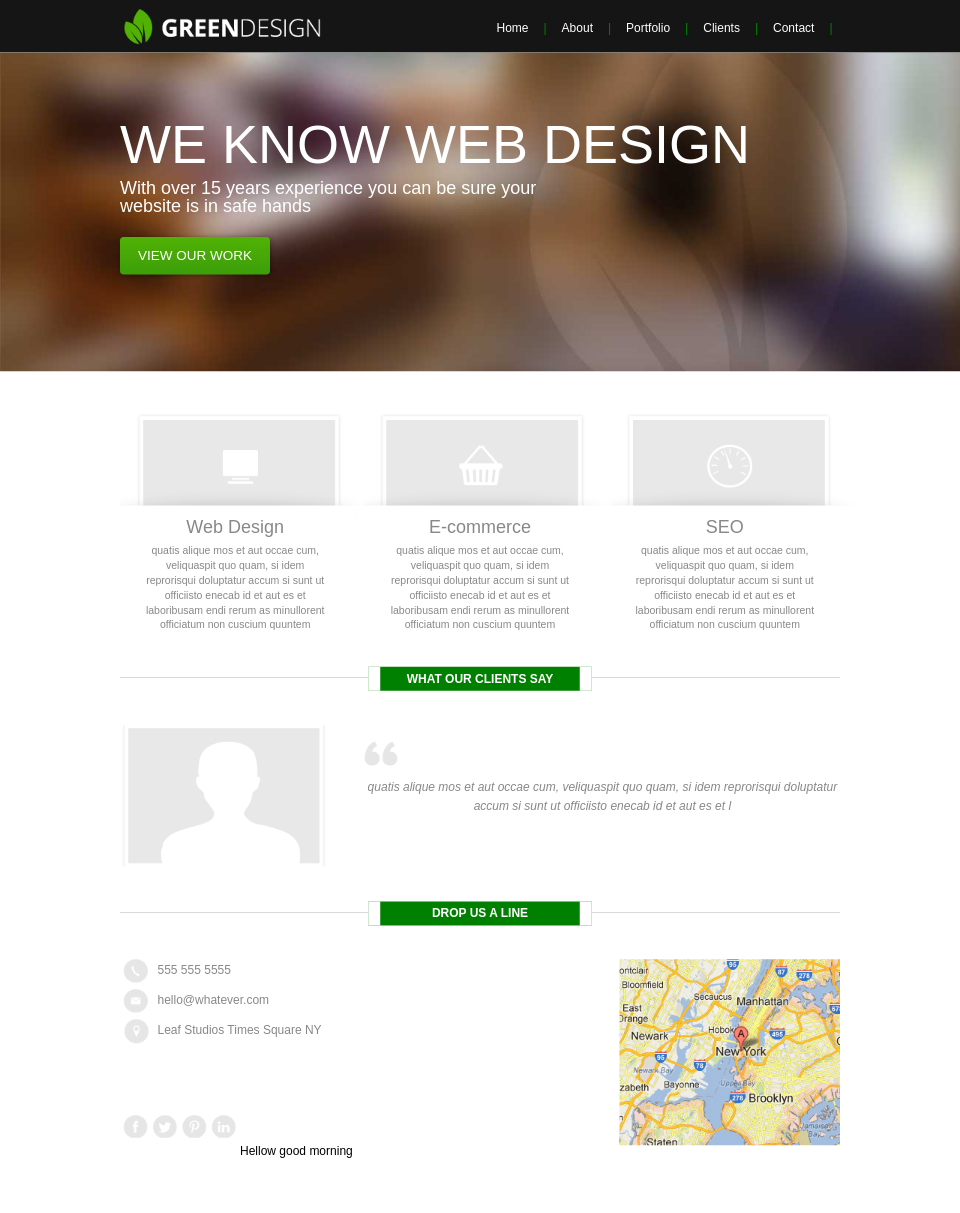
Repository: prathmeshgodbole/Javascript
Page: Basics/Jquery/index.html
These files come from the project's save history. The page is drawn as it stood at one moment and after a run of saves; the edit follows.
The browser window is 1280 px wide. The pictures show the whole page, at 75% of full size.

Above is the page before, as saved 2020-08-07 15:44:53.

### Basics/Jquery/index.html
<!DOCTYPE html>
<html>

<head>
    <title>Green Design</title>
    <link href="style.css" rel="stylesheet" type="text/css">
</head>

<body>

    <header>
        <div class="wrapper">
            <h1 id="logo">Green Design</h1>
            <nav>
                <h2>Main Navigation</h2>
                <ul>
                    <li><a href="">Home</a><span>|</span></li>
                    <li><a href="">About</a><span>|</span></li>
                    <li><a href="">Portfolio</a><span>|</span></li>
                    <li><a href="">Clients</a><span>|</span></li>
                    <li><a href="">Contact</a><span>|</span></li>
                </ul>
            </nav>
        </div>
    </header>

    <div id="lead-banner">
        <img src="images/banner.jpg" alt="lead banner">
        <div class="banner-overlay">
            <div class="wrapper">
                <div class="banner-title">We Know Web Design</div>
                <p>With over 15 years experience you can be sure your website is in safe hands</p>
                <a href="">View Our Work</a>
            </div>
        </div>
    </div>

    <div id="main-content">

        <div class="wrapper">
            <section id="points-of-sale">
                <h2>Points of Sale</h2>
                <ul>
                    <li>
                        <img src="images/cs-1.png" alt="web design">
                        <h3>Web Design</h3>
                        <p>quatis alique mos et aut occae cum, veliquaspit quo quam, si idem reprorisqui doluptatur accum si sunt ut officiisto enecab id et aut es et laboribusam endi rerum as minullorent officiatum non cuscium quuntem</p>
                    </li>
                    <li>
                        <img src="images/cs-2.png" alt="e-commerce">
                        <h3>E-commerce</h3>
                        <p>quatis alique mos et aut occae cum, veliquaspit quo quam, si idem reprorisqui doluptatur accum si sunt ut officiisto enecab id et aut es et laboribusam endi rerum as minullorent officiatum non cuscium quuntem</p>
                    </li>
                    <li>
                        <img src="images/cs-3.png" alt="seo">
                        <h3>SEO</h3>
                        <p>quatis alique mos et aut occae cum, veliquaspit quo quam, si idem reprorisqui doluptatur accum si sunt ut officiisto enecab id et aut es et laboribusam endi rerum as minullorent officiatum non cuscium quuntem</p>
                    </li>
                </ul>
            </section>

            <section id="clients">
                <h2>What Our Clients Say</h2>
                <img src="images/head.png" alt="quote">
                <blockquote>quatis alique mos et aut occae cum, veliquaspit quo quam, si idem reprorisqui doluptatur accum si sunt ut officiisto enecab id et aut es et l</blockquote>
            </section>

            <section id="contact">
                <h2>Drop Us A Line</h2>
                <ul id="contact-methods">
                    <li>555 555 5555</li>
                    <li>hello@whatever.com</li>
                    <li>
                        <span>Leaf Studios</span>
                        <span>Times Square</span>
                        <span>NY</span>
                    </li>
                </ul>

                <img src="images/map.png" alt="map">

                <ul id="social-nav">
                    <li class="facebook"><a href="">Facebook</a></li>
                    <li class="twitter"><a href="">Twitter</a></li>
                    <li class="pinterest"><a href="">Pinterest</a></li>
                    <li class="linked-in"><a href="">Linked In</a></li>
                </ul>

            </section>
        </div>

    </div>
    <script src="scripts/jquery-3.5.1.js"></script>
    <!-- <script src="scripts/selector.js"></script> -->
    <!-- <script src="scripts/filter.js"></script> -->
    <!-- <script src="scripts/Travers_DOM.js"></script> -->
    <script src="scripts/adding-content.js"></script>
</body>

</html>

### Basics/Jquery/style.css
html,
body,
div,
span,
object,
iframe,
h1,
h2,
h3,
h4,
h5,
h6,
p,
blockquote,
pre,
abbr,
address,
cite,
code,
del,
dfn,
em,
img,
ins,
kbd,
q,
samp,
small,
strong,
sub,
sup,
var,
b,
i,
dl,
dt,
dd,
ol,
ul,
li,
fieldset,
form,
label,
legend,
table,
caption,
tbody,
tfoot,
thead,
tr,
th,
td,
article,
aside,
canvas,
details,
figcaption,
figure,
footer,
header,
hgroup,
menu,
nav,
section,
summary,
time,
mark,
audio,
video {
    margin: 0;
    padding: 0;
    border: 0;
    outline: 0;
    font-size: 100%;
    vertical-align: baseline;
    background: transparent;
    font-family: arial;
}

body {
    line-height: 1;
}

article,
aside,
details,
figcaption,
figure,
footer,
header,
hgroup,
menu,
nav,
section {
    display: block;
}

nav ul {
    list-style: none;
}

blockquote,
q {
    quotes: none;
}

blockquote:before,
blockquote:after,
q:before,
q:after {
    content: '';
    content: none;
}

a {
    margin: 0;
    padding: 0;
    font-size: 100%;
    vertical-align: baseline;
    background: transparent;
}


/* change colours to suit your needs */

ins {
    background-color: #ff9;
    color: #000;
    text-decoration: none;
}


/* change colours to suit your needs */

mark {
    background-color: #ff9;
    color: #000;
    font-style: italic;
    font-weight: bold;
}

del {
    text-decoration: line-through;
}

abbr[title],
dfn[title] {
    border-bottom: 1px dotted;
    cursor: help;
}

table {
    border-collapse: collapse;
    border-spacing: 0;
}


/* change border colour to suit your needs */

hr {
    display: block;
    height: 1px;
    border: 0;
    border-top: 1px solid #cccccc;
    margin: 1em 0;
    padding: 0;
}

input,
select {
    vertical-align: middle;
}


/*//////////// end css reset //////////*/

.wrapper {
    width: 100%;
    max-width: 960px;
    margin: 0 auto;
}

header {
    background: #151515;
}

header:after {
    content: "";
    display: block;
    clear: both;
}

#logo {
    background: url(images/logo.png) no-repeat;
    height: 70px;
    width: 280px;
    float: left;
    text-indent: -10000px;
}

header nav {
    float: right;
    margin-top: 30px;
    margin-right: 10px;
}

header nav a {
    color: #fff;
    text-decoration: none;
    font-family: arial;
}

header nav h2 {
    height: 0;
    text-indent: -10000px;
}

header nav li {
    float: left;
    margin-left: 20px;
}

header nav span {
    color: green;
    margin-left: 20px;
}

#lead-banner img {
    width: 100%;
}

#lead-banner {
    max-height: 440px;
    overflow: hidden;
    position: relative;
}

.banner-overlay {
    position: absolute;
    top: 20%;
    width: 100%;
}

.banner-title {
    color: #fff;
    text-transform: uppercase;
    font-size: 72px;
}

#lead-banner p {
    color: #fff;
    font-size: 24px;
    max-width: 600px;
    margin-top: 10px;
}

#lead-banner a {
    /* Permalink - use to edit and share this gradient: http://colorzilla.com/gradient-editor/#51b205+0,3c9e0a+100 */
    background: #51b205;
    /* Old browsers */
    background: -moz-linear-gradient(top, #51b205 0%, #3c9e0a 100%);
    /* FF3.6+ */
    /*7-8-2020 background: -webkit-gradient(linear, left top, left bottom, color-stop(0%, #51b205), color-stop(100%, #3c9e0a)); */
    /* Chrome,Safari4+ */
    background: -webkit-linear-gradient(top, #51b205 0%, #3c9e0a 100%);
    /* Chrome10+,Safari5.1+ */
    background: -o-linear-gradient(top, #51b205 0%, #3c9e0a 100%);
    /* Opera 11.10+ */
    /* 7-8-2020 background: -ms-linear-gradient(top, #51b205 0%, #3c9e0a 100%); */
    /* IE10+ */
    background: linear-gradient(to bottom, #51b205 0%, #3c9e0a 100%);
    /* W3C */
    /* 7-8-2020 filter: progid: DXImageTransform.Microsoft.gradient( startColorstr='#51b205', endColorstr='#3c9e0a', GradientType=0); */
    /* IE6-9 */
    color: #fff;
    display: block;
    width: 200px;
    font-size: 18px;
    text-align: center;
    padding: 16px 0;
    text-decoration: none;
    border-radius: 5px;
    text-transform: uppercase;
    margin-top: 30px;
    box-shadow: 1px 1px 6px rgba(0, 0, 0, 0.4)
}

section {
    margin: 40px 0 60px;
}

section:after {
    content: "";
    display: block;
    clear: both;
}

section#points-of-sale ul {
    list-style-type: none;
}

#points-of-sale h2 {
    height: 0;
    text-indent: -10000px;
}

#points-of-sale li {
    float: left;
    width: 32%;
}

#points-of-sale li:nth-child(2) {
    margin: 0 2%;
}

#points-of-sale li h3 {
    text-align: center;
    color: #888;
    font-size: 24px;
    font-weight: normal;
    margin-bottom: 10px;
}

#points-of-sale p {
    text-align: center;
    width: 80%;
    margin: 0 10%;
    font-size: 14px;
    color: #888;
    line-height: 1.4em;
}

#clients,
#contact {
    border-top: 1px solid #ccc;
    padding-top: 30px
}

#clients h2,
#contact h2 {
    background: green;
    color: #fff;
    padding: 8px;
    text-align: center;
    width: 250px;
    text-transform: uppercase;
    position: relative;
    top: -45px;
    margin: 0 auto;
    border-left: 16px solid #fff;
    border-right: 16px solid #fff;
}

#clients img {
    float: left;
    width: 30%;
}

#clients blockquote {
    float: right;
    width: 66%;
    margin-top: 20px;
    text-align: center;
    font-style: italic;
    line-height: 1.6em;
    color: #888;
    padding-top: 50px;
    background: url(images/quote.png) no-repeat top left;
}

#contact-methods {
    float: left;
}

#contact-methods li {
    list-style-type: none;
    color: #888;
    line-height: 30px;
    clear: left;
}

#contact-methods li:before {
    content: "";
    display: block;
    width: 40px;
    height: 40px;
    float: left;
    margin-right: 10px;
    background: url(images/logo-sprite.png) no-repeat;
}

#contact-methods li:nth-child(1):before {
    background-position: -158px 0;
}

#contact-methods li:nth-child(2):before {
    background-position: -198px 0;
}

#contact-methods li:nth-child(3):before {
    background-position: -238px 0;
}

#contact img {
    float: right;
}

#social-nav {
    clear: both;
    position: relative;
    top: -40px;
}

#social-nav li {
    list-style-type: none;
    float: left;
    width: 40px;
    height: 30px;
    background: url(images/logo-sprite.png) no-repeat;
    text-indent: -10000px;
}

#social-nav li:nth-child(2) {
    background-position: -40px 0;
}

#social-nav li:nth-child(3) {
    background-position: -80px 0;
}

#social-nav li:nth-child(4) {
    background-position: -120px 0;
}

#social-nav a {
    display: block;
    width: 100%;
    height: 100%;
}

### Basics/Jquery/scripts/adding-content.js
 var paragraph = "<div>Hellow good morning</div>";
 //append()
 $("#contact").append(paragraph);
 //  //prepend()
 $("wrapper").prepend(paragraph);
 //  //before()
 //  $("#contact div").before(para);
 //  //after()
 //  $("#contact").after(para);
 //  //html()
 //  $("#contact").html(paragraph);
 //  //text()

Loaded but not shown: Basics/Jquery/scripts/jquery-3.5.1.js (library)

After the next 3 saves:
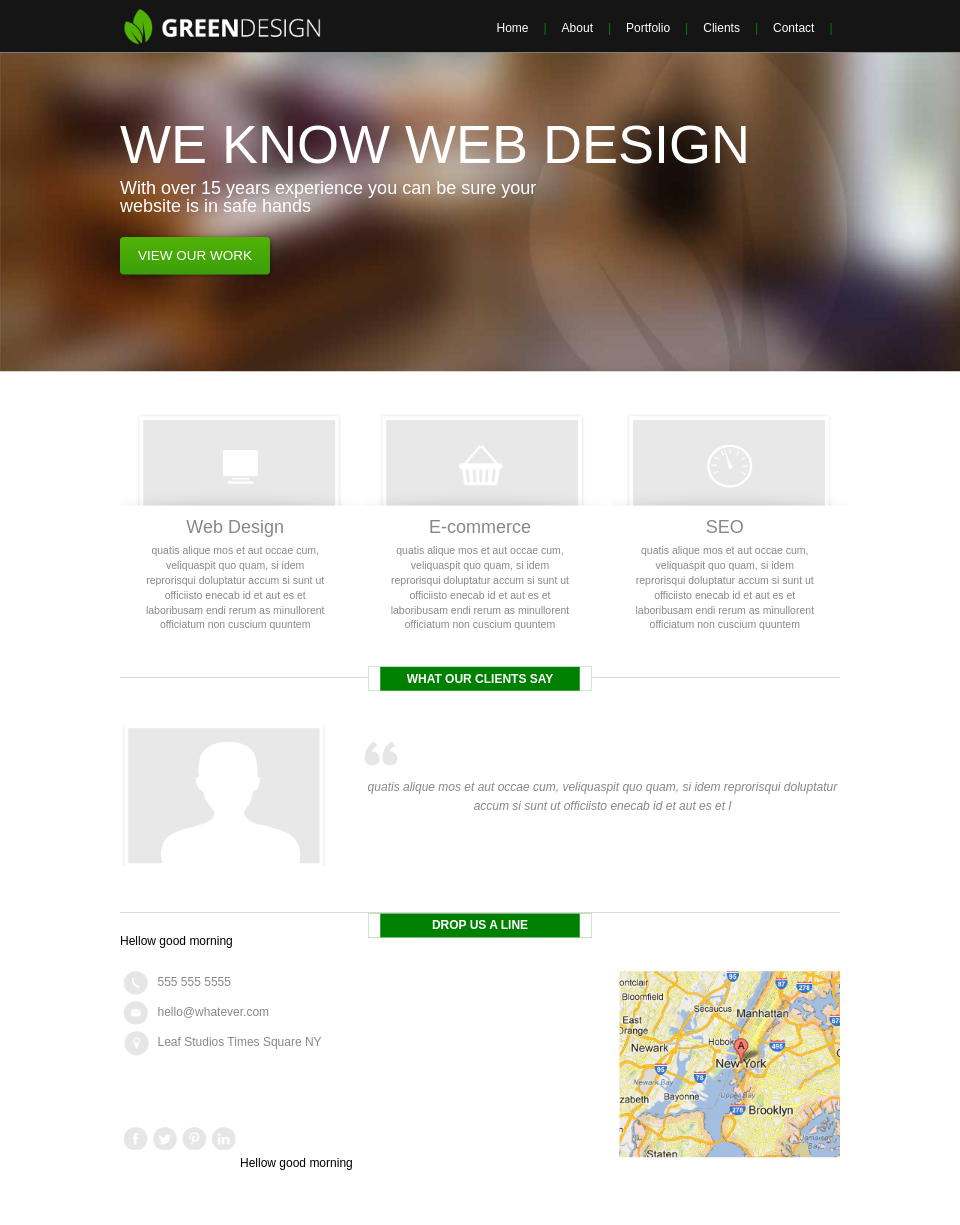
The 3 saves are shown as one change because they came seconds apart.
The last was saved 11 s later.
--- a/Basics/Jquery/scripts/adding-content.js
+++ b/Basics/Jquery/scripts/adding-content.js
@@ -2,7 +2,7 @@
  //append()
  $("#contact").append(paragraph);
  //  //prepend()
- $("wrapper").prepend(paragraph);
+ $("#contact").prepend(paragraph);
  //  //before()
  //  $("#contact div").before(para);
  //  //after()
